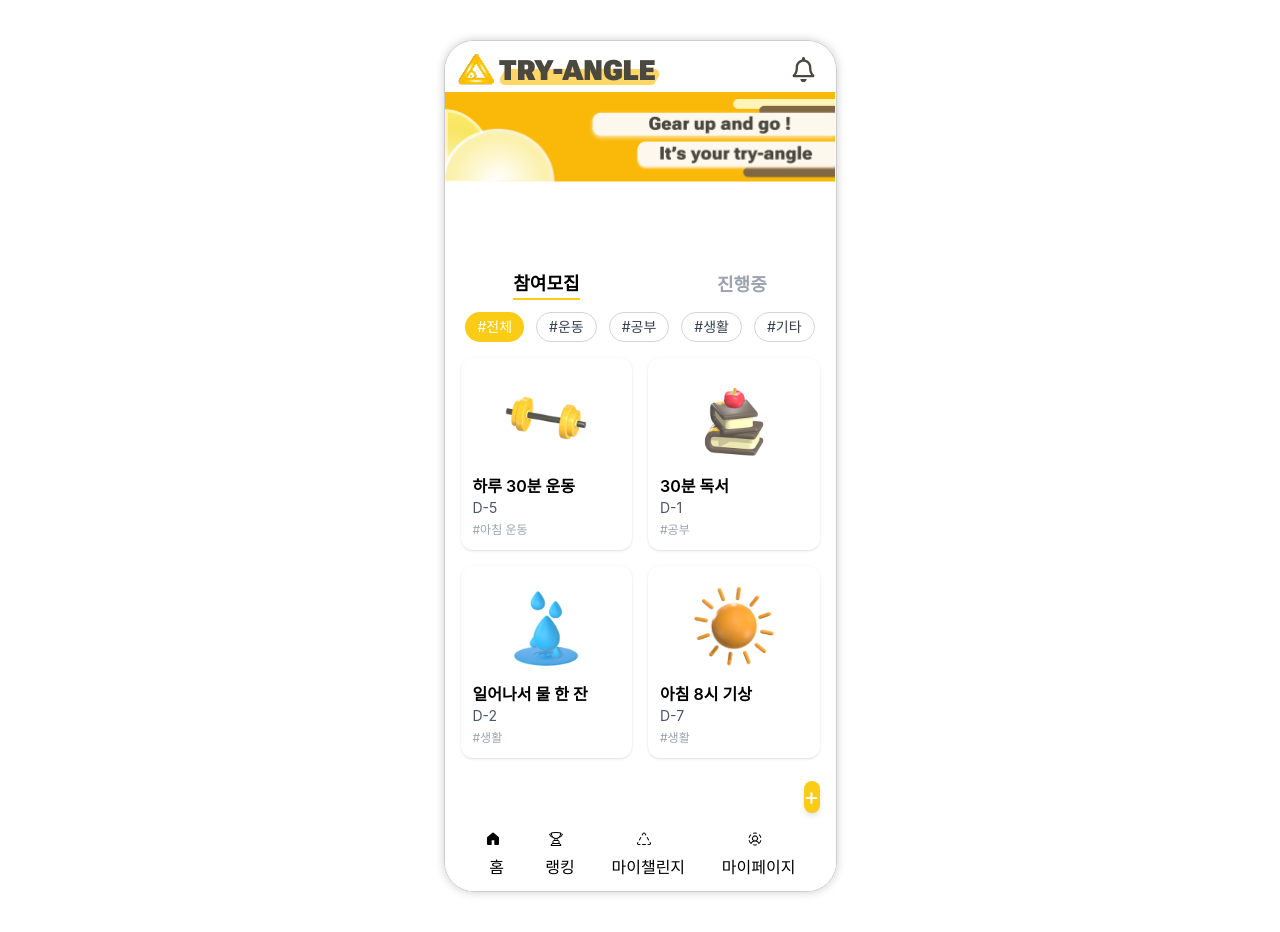
Repository: gusdk19/TryAngle-FE
Page: /
An editor plug-in stored every save of this project. The page is shown before and after the next save, followed by the edit.
The browser window is 1280 px wide. The pictures show the whole page.
The project was rebuilt for these pictures with package versions that can differ from the ones it lists, and the page was loaded fresh each time. Also part of the build but not shown: src/App.css.

Above is the page before, as saved 2025-04-30 23:10:56.

After the next save:
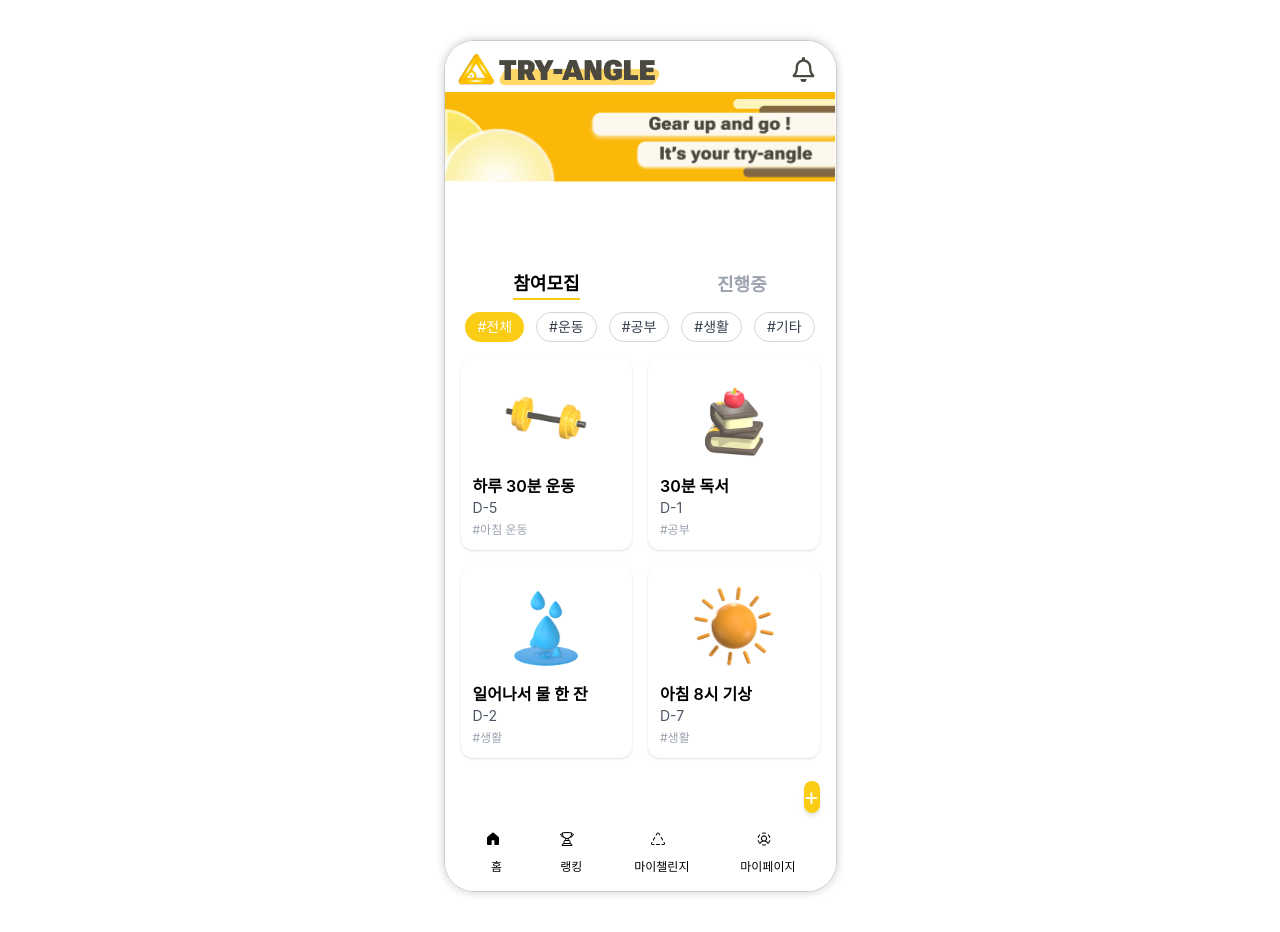
Saved 7 s later.
--- a/src/components/Footer.js
+++ b/src/components/Footer.js
@@ -37,7 +37,7 @@ export default function Footer({ page }) {
         {navigationItems.map((item, index) => (
           <div key={index} className="flex flex-col items-center cursor-pointer" onClick={()=>{navigate(item.route);}}>
             <div className="w-6 h-6">{item.icon}</div>
-            {item.label}
+            <span className="text-xs mt-1">{item.label}</span>
           </div>
         ))}
       </div>
